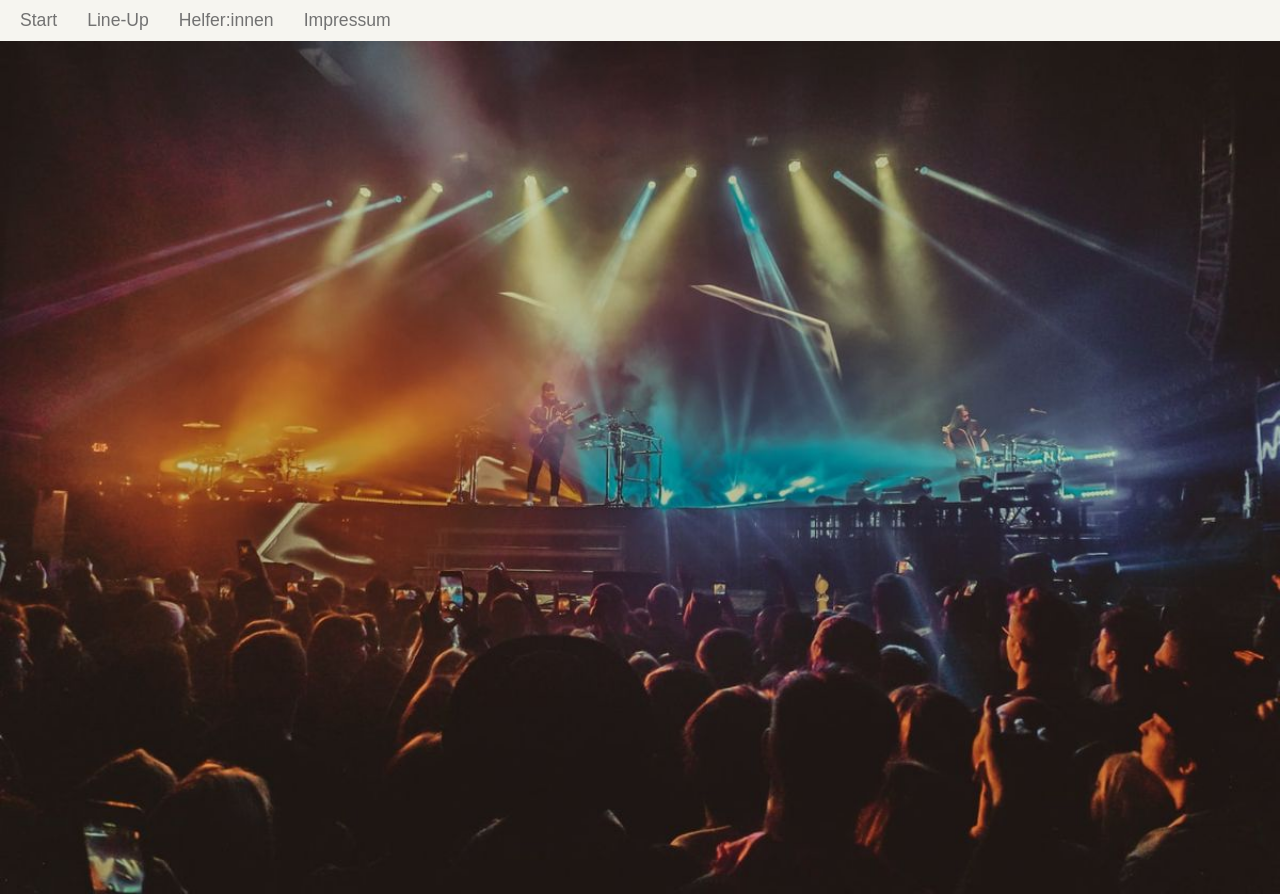
Repository: Hajimohammadi-KI/Web-Technologien
Page: index.html
An editor plug-in stored every save of this project. The page is shown before and after a run of saves, followed by the edit.
The browser window is 1280 px wide. The pictures show the whole page.

Above is the page before, as saved 2025-09-30 13:42:09.

### index.html
<!DOCTYPE html>
<html lang="en">
<head>
    <meta charset="UTF-8">
    <meta name="viewport" content="width=device-width, initial-scale=1.0">
    <link rel="stylesheet" href="Style.css">
    <title>Document</title>
</head>
<body>
     <nav>
    <a href="#">Start</a>
    <a href="#">Line-Up</a>
    <a href="#">Helfer:innen</a>
    <a href="#">Impressum</a>
</nav>
    <!-- The alt attribute is used to provide alternative text for the image if it fails to load or if the user visits the page via a screen reader. -->
    <img src="img/spotify-livestreaming-virtual-concerts-feat.jpeg"
        alt="Musicians performing on a brightly lit stage with colorful spotlights
        and smoke effects while a large enthusiastic audience watches and records
        the event with their phones in a dark concert hall filled with energy and
         excitement" class="responsive-img">


</body>
</html>

### Style.css
/*
    Styles for responsive images.
    The .responsive-img class is intended to make images scale appropriately
    to fit their container while maintaining aspect ratio.
    Apply this class to <img> elements to ensure they are responsive
    across different screen sizes and devices.
*/
img.responsive-img {
  width: 100%; /* [translate:عرض تصویر همیشه برابر با عرض عنصر والد خواهد بود] */
  height: auto; /* [translate:نسبت ابعاد تصویر حفظ می‌شود] */
  max-width: 100vw; /* [translate:تصویر هیچ‌گاه از عرض پنجره مرورگر بزرگ‌تر نمی‌شود] */
  display: block; /* [translate:فضای اضافی پایین عکس حذف می‌شود] */
}

@media (max-width: 600px) {
  img.responsive-img {
    max-width: 100%; /* [translate:در صفحات کوچک، حداکثر عرض تصویر برابر با عنصر والد می‌شود] */
  }
}

 body {
  font-family: Arial, sans-serif; /* [translate:تنظیم فونت پیش‌فرض برای کل صفحه] */
  margin: 0; /* [translate:حذف حاشیه پیش‌فرض مرورگر] */
  padding: 0; /* [translate:حذف فاصله داخلی پیش‌فرض مرورگر] */
  box-sizing: border-box; /* [translate:شامل کردن حاشیه و پدینگ در محاسبه عرض و ارتفاع عناصر] */
  background: url("img/spotify-livestreaming-virtual-concerts-feat.jpeg");
  background-position: center; /* [translate:تنظیم موقعیت پس‌زمینه در مرکز] */
  background-repeat: no-repeat; /* [translate:عدم تکرار تصویر پس‌زمینه] */
  background-size: cover; /* [translate:پوشش کامل پس‌زمینه] */
}
  h1, h2, h3 {
    color: #333; /* [translate:تنظیم رنگ تیره برای عناوین] */
    margin-bottom: 10px; /* [translate:افزودن فاصله پایین به عناوین] */
  }

  p {
    color: #555; /* [translate:تنظیم رنگ خاکستری برای پاراگراف‌ها] */
    line-height: 1.6; /* [translate:افزایش ارتفاع خط برای خوانایی بهتر] */
    margin-bottom: 15px; /* [translate:افزودن فاصله پایین به پاراگراف‌ها] */
  }
/*
  Styles for the navigation bar and container.
  The nav styles create a horizontal navigation bar with spacing and hover effects.
  The .container class centers content and limits its maximum width for better readability.
*/
nav {
  background: #f6f5f0; /* [translate:رنگ پس‌زمینه روشن برای نوار ناوبری] */
  padding: 10px 20px; /* [translate:افزودن فاصله داخلی به نوار ناوبری] */
  display: flex; /* [translate:نمایش آیتم‌ها به صورت افقی] */
  gap: 30px; /* [translate:افزودن فاصله بین آیتم‌های ناوبری] */
  font-family: sans-serif; /* [translate:استفاده از فونت ساده برای ناوبری] */
  font-size: 1.1em; /* [translate:افزایش اندازه فونت ناوبری] */
}
nav a {
  text-decoration: none; /* [translate:حذف خط زیر لینک‌ها] */
  color: #727272; /* [translate:تنظیم رنگ خاکستری برای لینک‌ها] */
  transition: color 0.2s; /* [translate:افکت تغییر رنگ هنگام هاور] */
}
nav a:hover {
  color: #444; /* [translate:تیره‌تر شدن رنگ لینک هنگام هاور] */
  border-bottom: 1px solid #444; /* [translate:افزودن خط زیر لینک هنگام هاور] */
}
.container {
  max-width: 1200px; /* [translate:محدود کردن عرض حداکثر برای محتوا] */
  margin: 0 auto; /* [translate:مرکزچین کردن محتوا] */
  padding: 20px; /* [translate:افزودن فاصله داخلی به محتوا] */
}

After the next 4 saves:
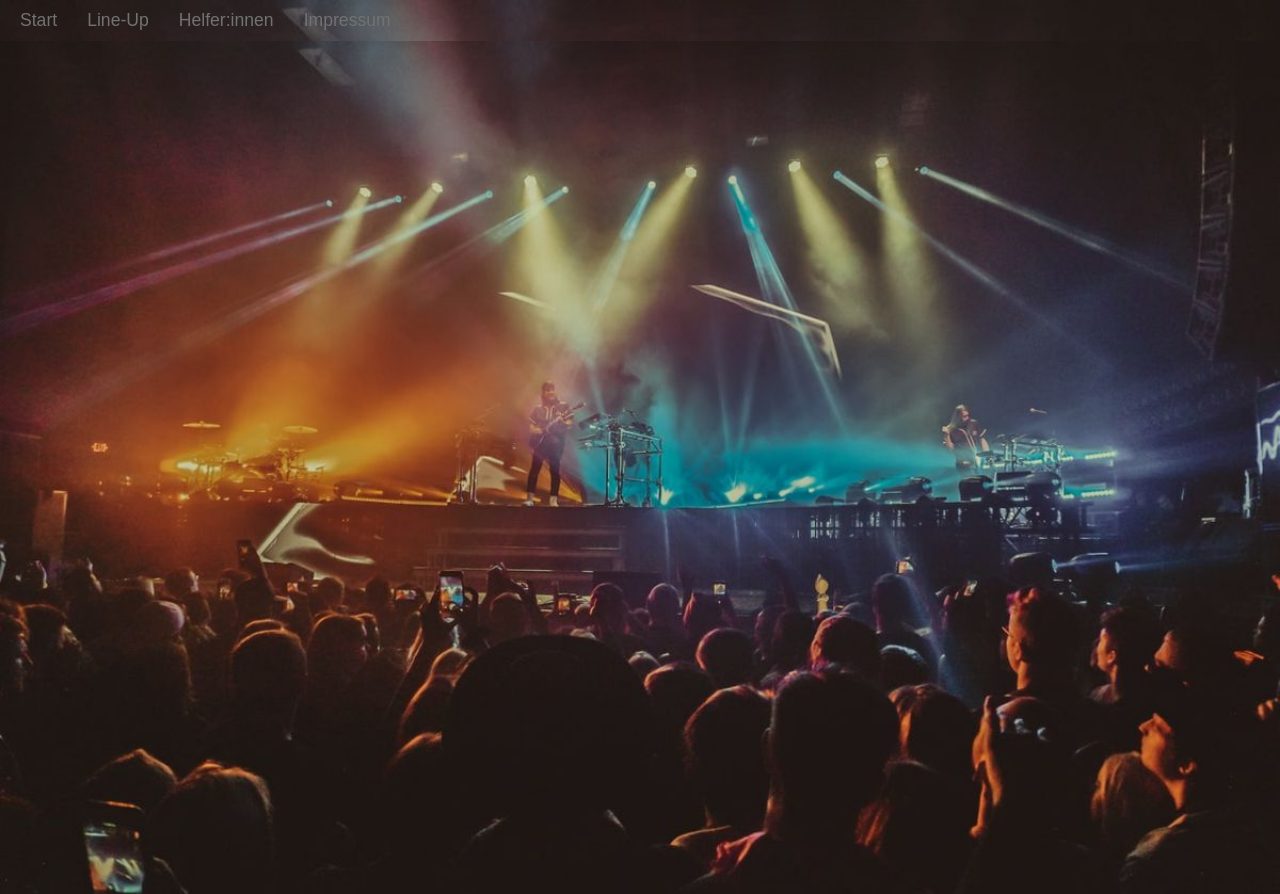
The 4 saves are shown as one change because they came seconds apart.
The last was saved 47 s later.
--- a/Style.css
+++ b/Style.css
@@ -44,6 +44,7 @@
   The .container class centers content and limits its maximum width for better readability.
 */
 nav {
+  po
   background: #f6f5f0; /* [translate:رنگ پس‌زمینه روشن برای نوار ناوبری] */
   padding: 10px 20px; /* [translate:افزودن فاصله داخلی به نوار ناوبری] */
   display: flex; /* [translate:نمایش آیتم‌ها به صورت افقی] */

After the 4 saves that followed:
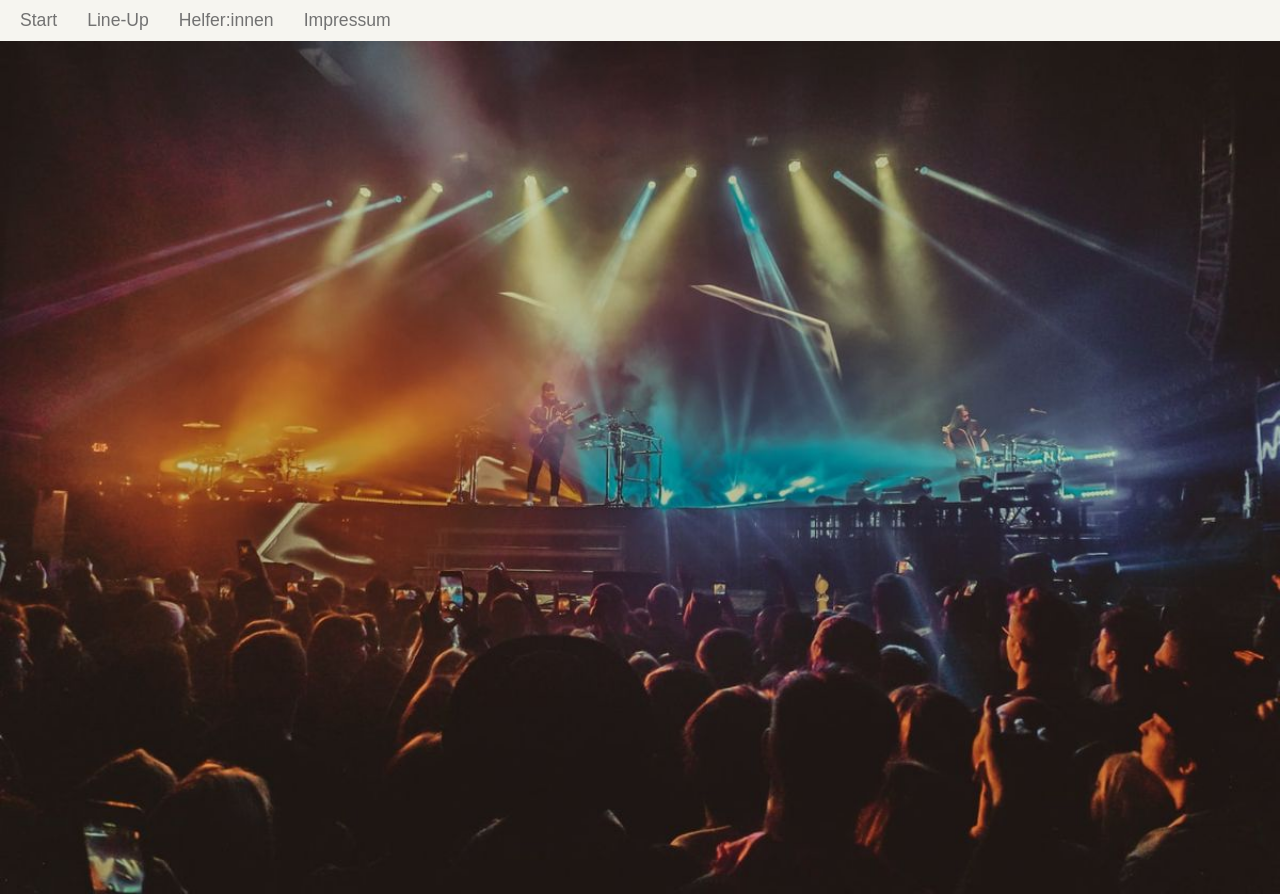
The 4 saves are shown as one change because they came seconds apart.
The last was saved 12 s later.
--- a/Style.css
+++ b/Style.css
@@ -44,7 +44,7 @@
   The .container class centers content and limits its maximum width for better readability.
 */
 nav {
-  po
+  position: fixe;
   background: #f6f5f0; /* [translate:رنگ پس‌زمینه روشن برای نوار ناوبری] */
   padding: 10px 20px; /* [translate:افزودن فاصله داخلی به نوار ناوبری] */
   display: flex; /* [translate:نمایش آیتم‌ها به صورت افقی] */
